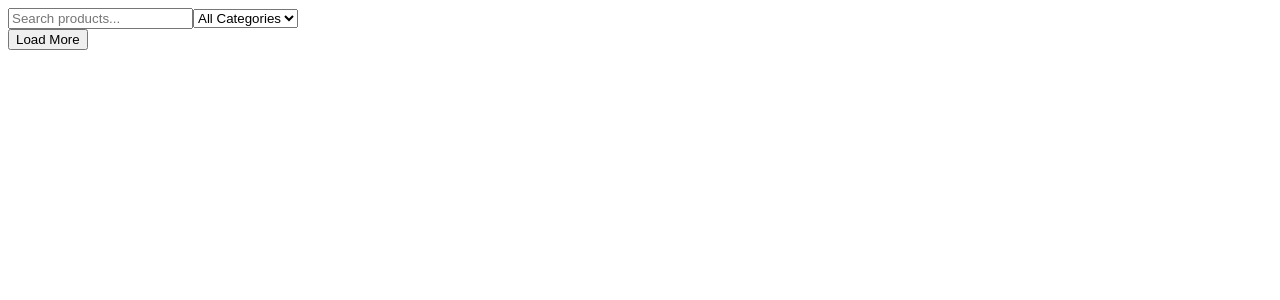
Repository: ARUN-YERRAM/LinkedinInternships
Page: / (app in my-app/)
These files come from the project's save history. The page is drawn as it stood at one moment and after the next save; the edit follows.
The browser window is 1280 px wide. The pictures show the whole page.
The page's requests for data from a server got no answer. The project was rebuilt for these pictures with package versions that can differ from the ones it lists, and the page was loaded fresh each time. No one was signed in, and anything a server would have sent is missing.

Above is the page before, as saved 2024-09-29 15:05:22.

After the next save:
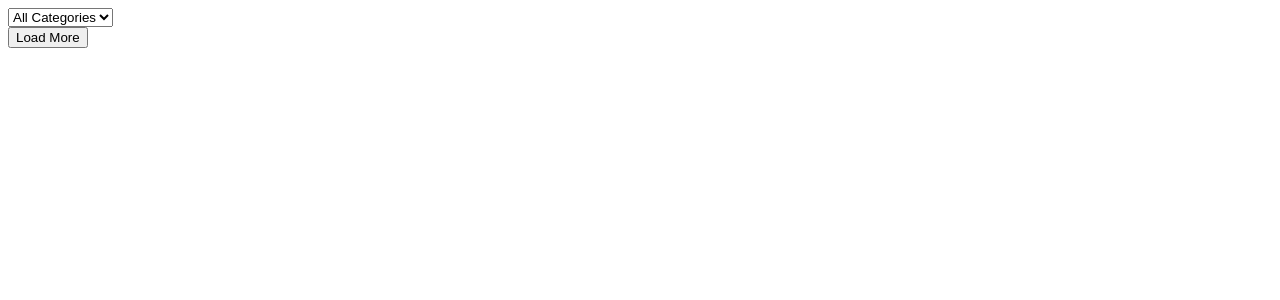
Saved 13 s later.
--- a/my-app/src/App.js
+++ b/my-app/src/App.js
@@ -3,8 +3,7 @@ import { useDispatch, useSelector } from 'react-redux';
 import { fetchCategories, fetchProducts } from './redux/slices/productSlice';
 import CategorySelector from './components/CategorySelector';
 import ProductList from './components/ProductList';
-import SearchBar from './components/SearchBar';
-import { useNavigate } from 'react-router-dom';
+import { useLocation, useNavigate } from 'react-router-dom';
 
 const App = () => {
   const dispatch = useDispatch();
@@ -14,7 +13,7 @@ const App = () => {
   const [selectedCategory, setSelectedCategory] = useState('');
   const [searchTerm, setSearchTerm] = useState('');
 
-  // const location = useLocation();
+  const location = useLocation();
   const navigate = useNavigate();
 
   useEffect(() => {
@@ -34,14 +33,12 @@ const App = () => {
     navigate(`?category=${selectedCategory}&search=${term}`);
   };
 
-
   const loadMore = () => {
     setPage((prev) => prev + 1);
   };
 
   return (
     <div>
-      <SearchBar searchTerm={searchTerm} onSearch={handleSearchChange} />
       <CategorySelector categories={categories} onCategoryChange={handleCategoryChange} selectedCategory={selectedCategory} />
       <ProductList products={products} loadMore={loadMore} />
     </div>
@@ -49,10 +46,3 @@ const App = () => {
 };
 
 export default App;
-
-/*
-Limitations:
-1. No server-side rendering or caching is used, so performance might degrade for large datasets.
-2. Pagination is implemented without a UI component; instead, products are loaded dynamically in batches.
-3. Redux store does not implement advanced memoization or re-fetching strategies.
-*/
